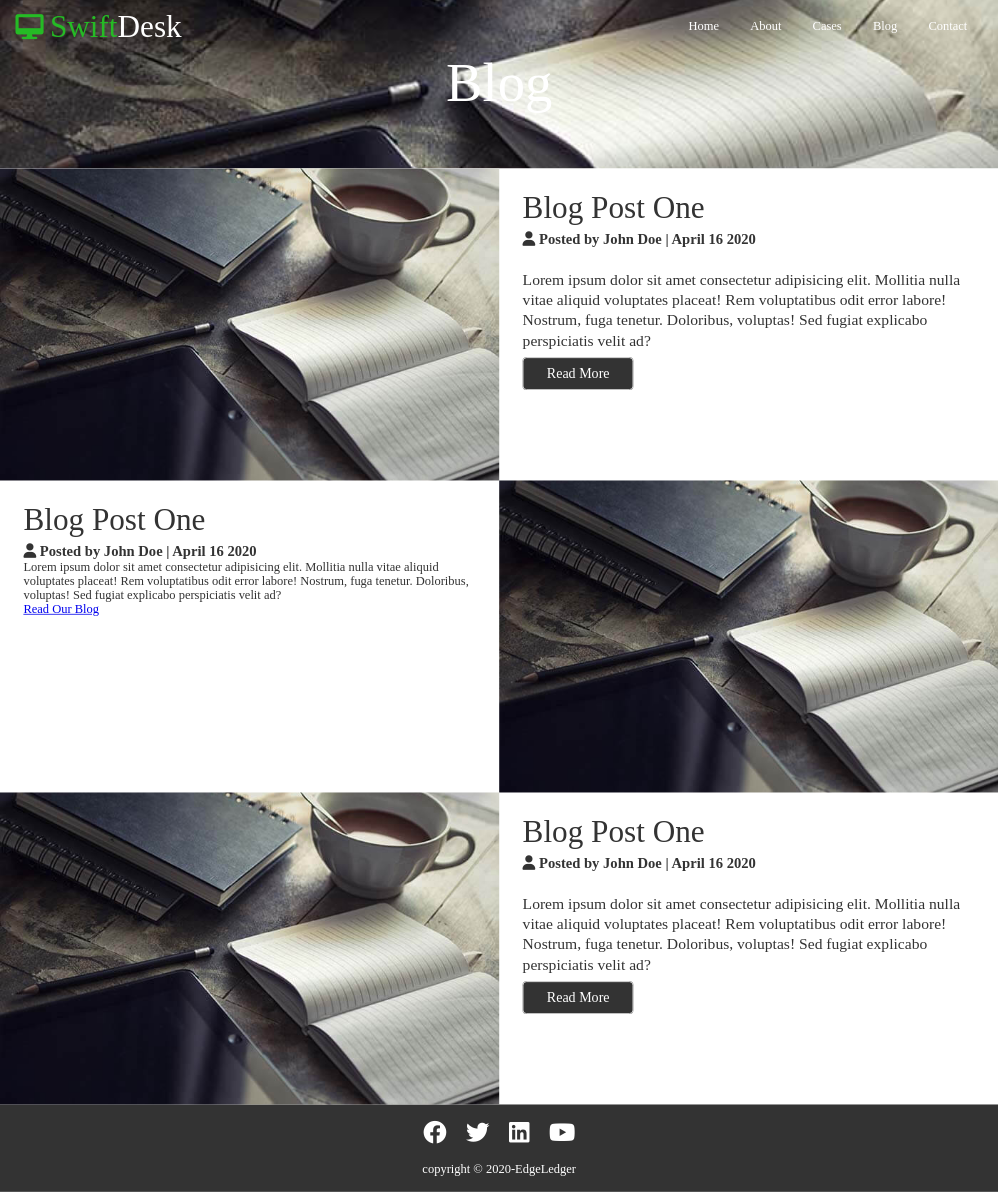
Repository: reemoon-ctrl/swiftdisk-Website-Flexbox
Page: blog.html
The author's editor kept a copy of each file at every save. The page is drawn from the files as they stood at one save, then again after a run of saves.
The browser window is 1280 px wide. The pictures show the whole page, at 78% of full size.

Above is the page before, as saved 2024-07-27 12:50:56.

After the next 3 saves:
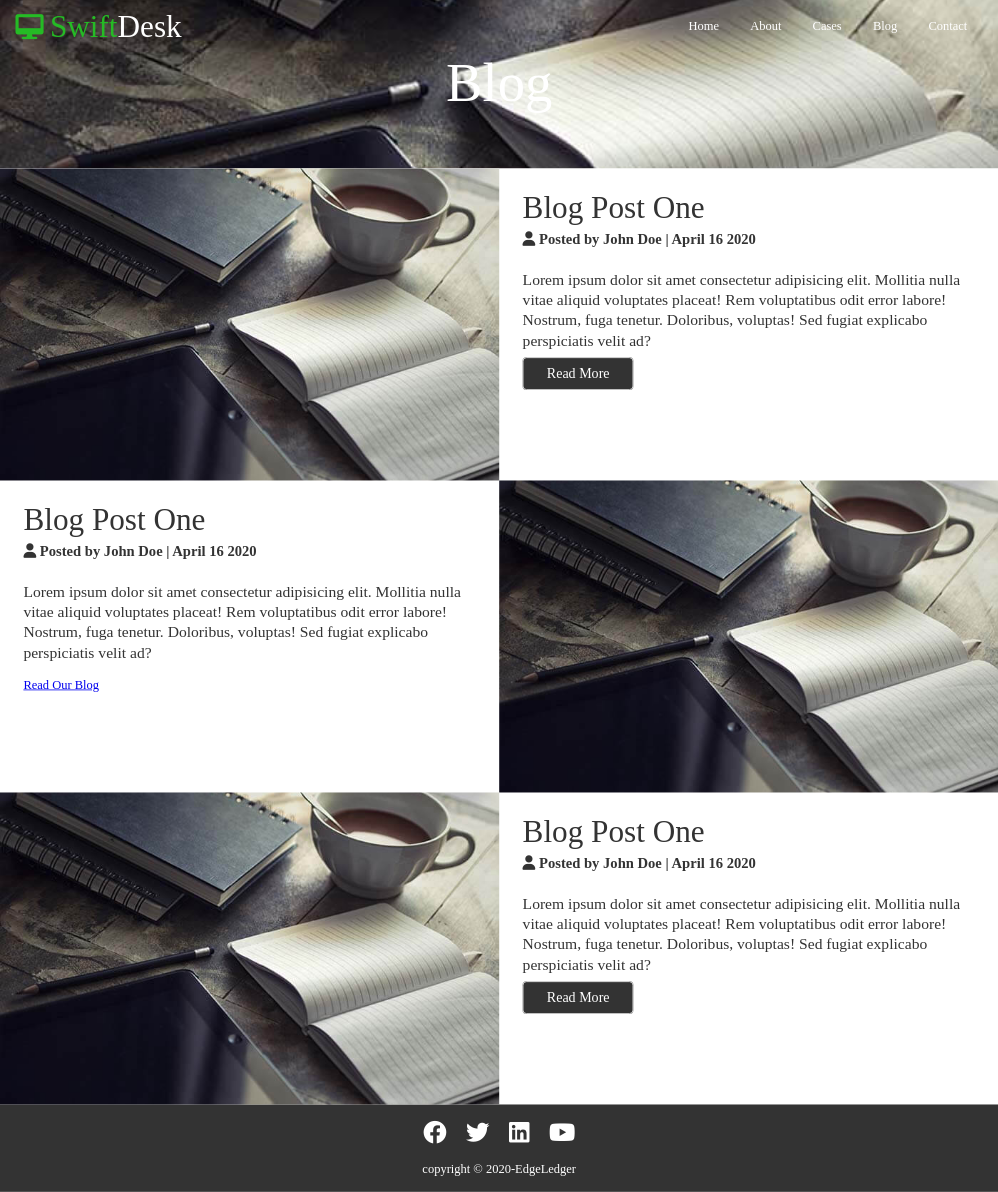
The 3 saves are shown as one change because they came seconds apart.
The last was saved 13 s later.
--- a/index.css
+++ b/index.css
@@ -376,10 +376,10 @@ header h1{
     font-weight: 500;
     padding: .4rem 0px;
 }
-.blog-content-light h3{
+.blog-content-dark h3{
     padding-bottom: 1.7rem;
 }
-.blog-content-light p{
+.blog-content-dark p{
     font-size: 20px;
     line-height: 1.3;
     margin-bottom: 20px;
